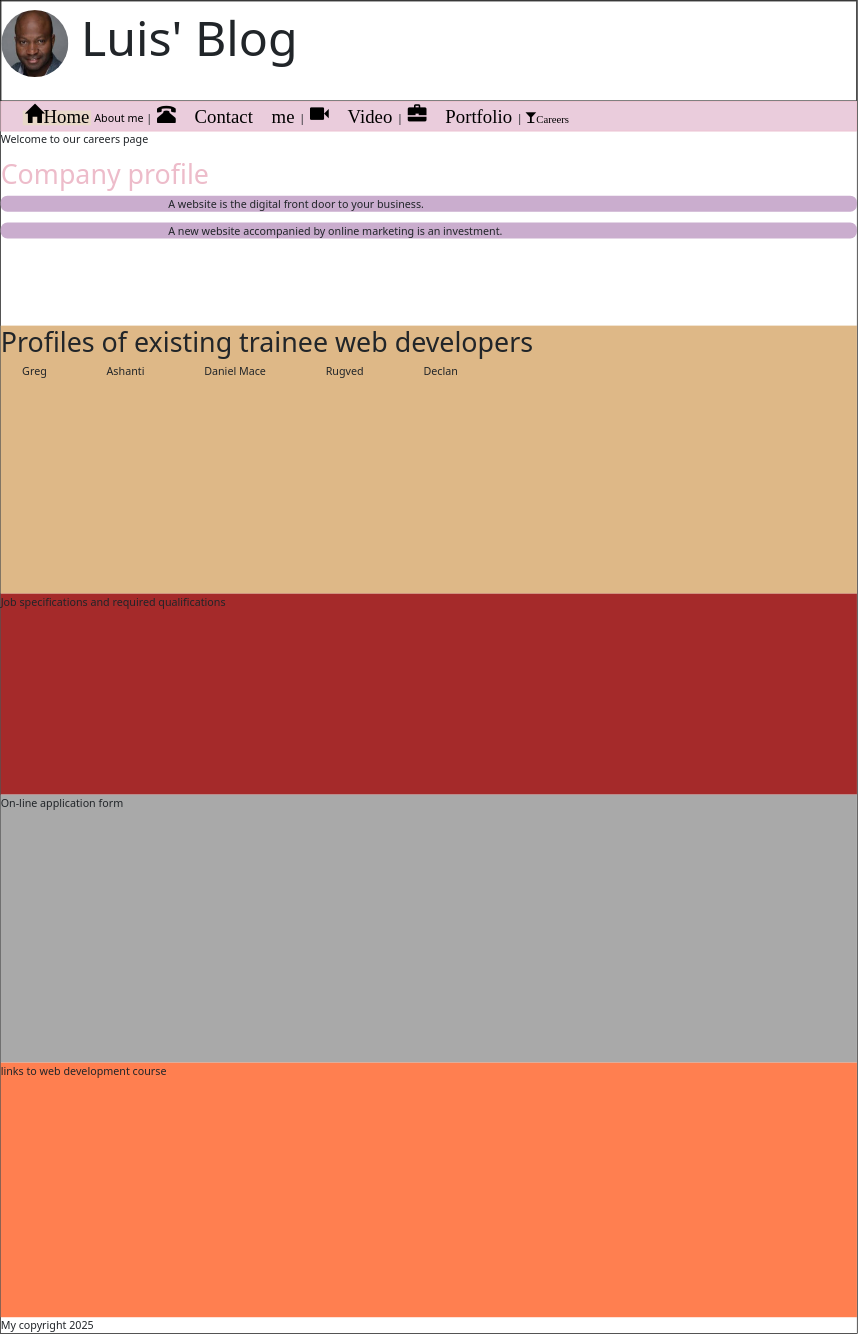
Repository: wduluis/wduluis.github.io
Page: careers.html
An editor plug-in stored every save of this project. The page is shown before and after the next save, followed by the edit.
The browser window is 1280 px wide. The pictures show the whole page, at 67% of full size.

Above is the page before, as saved 2025-05-09 12:14:50.

After the next save:
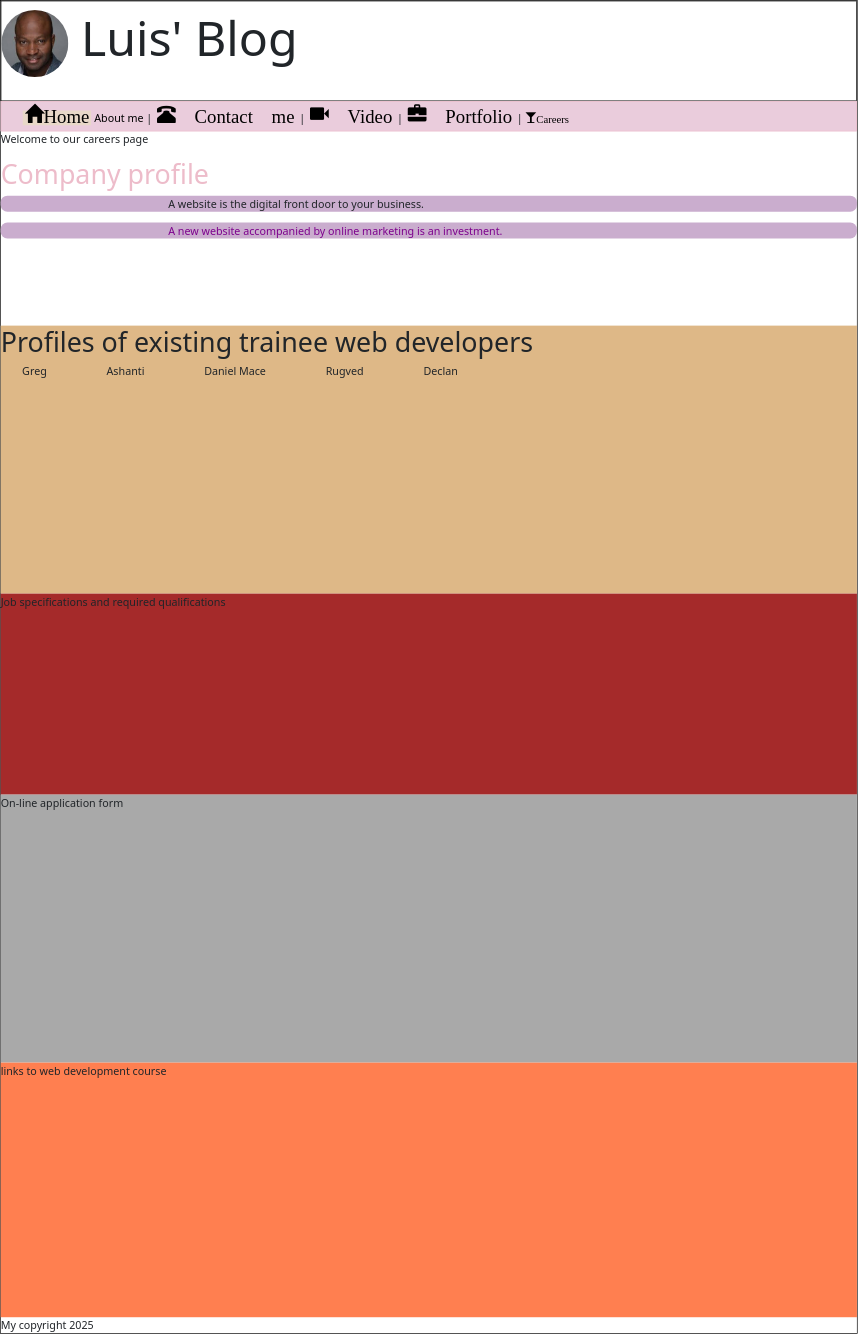
Saved 51 s later.
--- a/mycss/myblog.css
+++ b/mycss/myblog.css
@@ -142,3 +142,7 @@ border: 1px solid #000;
      border-radius: 10px;
      background-color: #caadce;
 }
+
+.pp2 {
+    color: #7d028d;
+}
